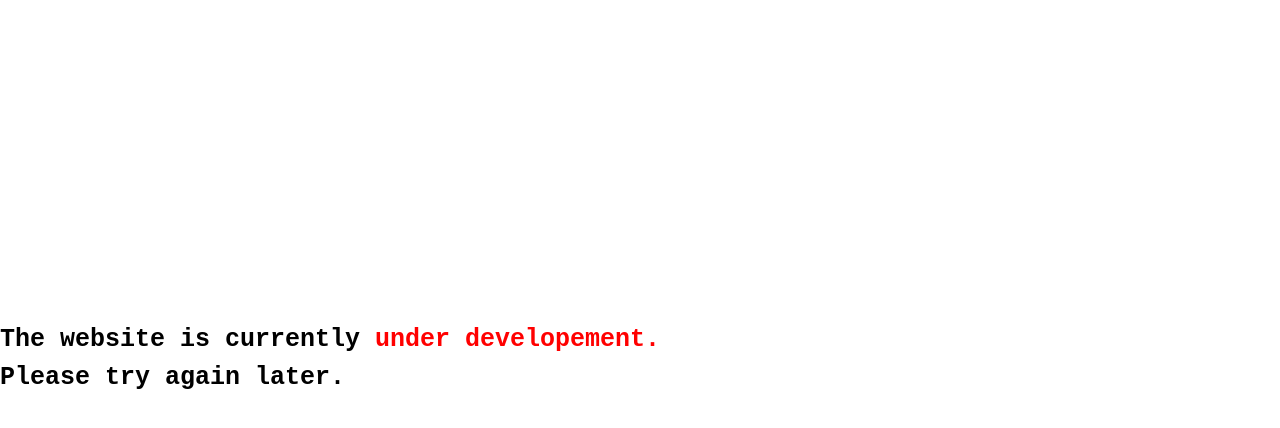
Repository: ShadowFightVideos/sfvids.github.io
Page: index.html
An editor plug-in stored every save of this project. The page is shown before and after a run of saves, followed by the edit.
The browser window is 1280 px wide. The pictures show the whole page.

Above is the page before, as saved 2024-03-13 11:39:00.

### index.html
<!DOCTYPE html>
<html lang="en">
<head>
    <meta charset="UTF-8">
    <meta name="viewport" content="width=device-width, initial-scale=1.0">
    <title>In developement - Shadow Fight Videos</title>
    <link rel="stylesheet" href="system.css">
</head>
<body>

<div class="maintenanceContainer">
    The website is currently <span>under developement.</span><br>
    Please try again later.
        <div class="maintenanceClock">

        </div>
</div>


<script src="system.js"></script>

</body>
</html>

### system.css
* {
    margin: 0;
    padding: 0;
}

/* Maintenance container */

.maintenanceContainer {
    margin-top: 8.5cm;
    line-height: 1cm;
    font-size: 25px;
    font-weight: bolder;
    font-family: 'Courier New', Courier, monospace;
}

.maintenanceContainer span {
    color: red;
    text-transform:unset;
}

Loaded but not shown: system.js (no stored copy; drawn as an empty file)

After the next 2 saves:
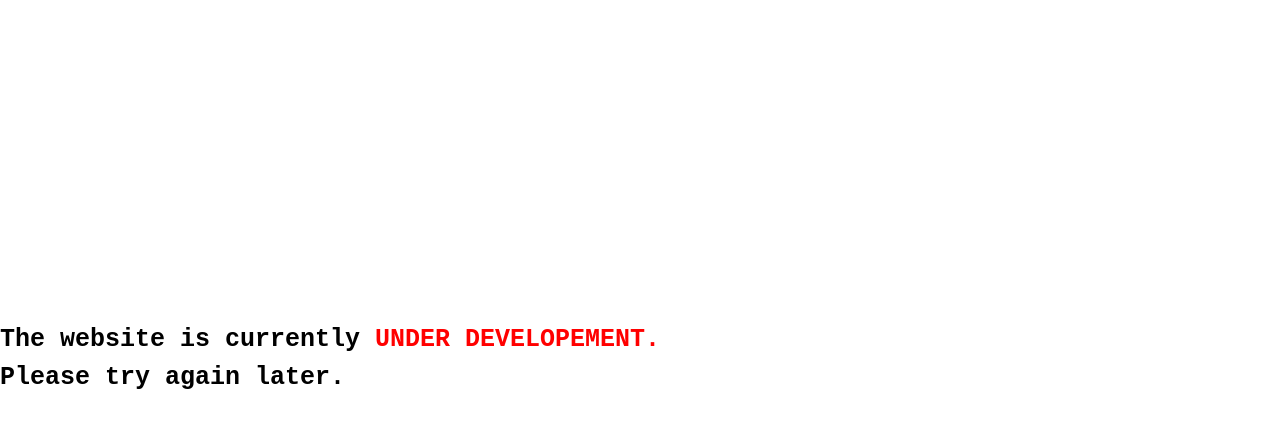
The 2 saves are shown as one change because they came seconds apart.
The last was saved 6 s later.
--- a/system.css
+++ b/system.css
@@ -15,5 +15,5 @@
 
 .maintenanceContainer span {
     color: red;
-    text-transform:unset;
+    text-transform: uppercase;
 }
